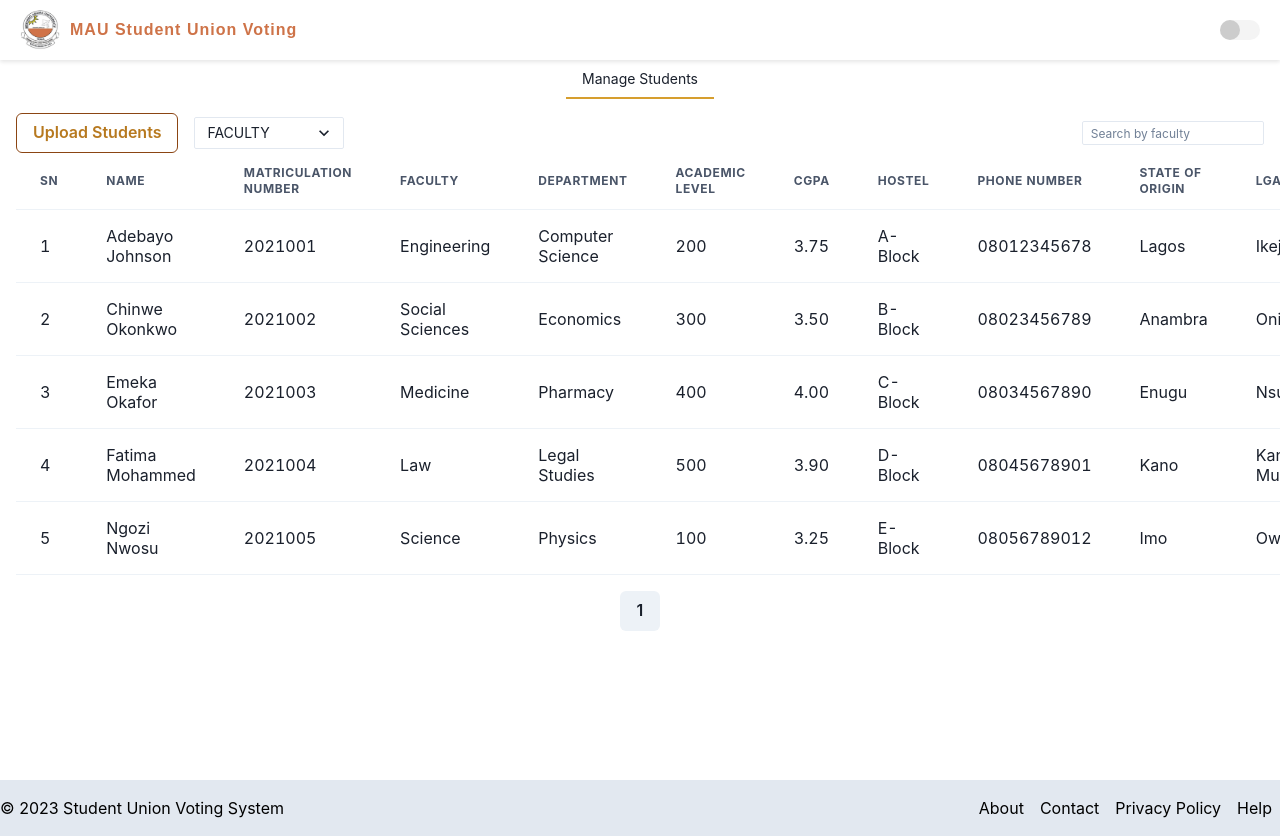
Repository: joena1o/e-vote
Page: /admin-dashboard/student-management
An editor plug-in stored every save of this project. The page is shown before and after the next save, followed by the edit.
The browser window is 1280 px wide. The pictures show the whole page.
The project was rebuilt for these pictures with package versions that can differ from the ones it lists, and the page was loaded fresh each time. Also part of the build but not shown: src/components/EnhancedLogin.js, src/components/BottomNav.js, src/api/index.js, src/components/maincontent/home/Home.styles.js, src/components/maincontent/home/Home.js, src/components/maincontent/RegisterStudents/RegisterStudents.js, src/components/maincontent/ElectionResults/ViewResults.js, src/components/maincontent/ElectionResults/report.js and 22 more.

Above is the page before, as saved 2023-12-15 06:25:57.

### src/index.js
import React from 'react';
import ReactDOM from 'react-dom/client';
import './index.css';
import App from './App';
import reportWebVitals from './reportWebVitals';
import Modal from 'react-modal';

// Set the app element for the modal for accessibility purposes
Modal.setAppElement('#root');

const root = ReactDOM.createRoot(document.getElementById('root'));
root.render(
  <React.StrictMode>
    <App />
  </React.StrictMode>
);

// If you want to start measuring performance in your app, pass a function
// to log results (for example: reportWebVitals(console.log))
// or send to an analytics endpoint. Learn more: https://bit.ly/CRA-vitals
reportWebVitals();

### src/App.js
import React from 'react';
import { BrowserRouter as Router, Routes, Route, Navigate } from 'react-router-dom';
import EnhancedLogin from './components/EnhancedLogin';
import AdminDashboard from './components/AdminDashboard';
import StudentDashboard from './components/StudentDashboard';
import { ChakraProvider, ColorModeProvider, Button, useColorMode } from '@chakra-ui/react';
import { Provider } from 'react-redux';
import store from './Redux/store';
import ElectionCommitteeDashboard from './components/maincontent/ElectionCommitteeDashboard';


// Component to toggle dark mode
function DarkModeToggle() {
  const { colorMode, toggleColorMode } = useColorMode();
  return (
    <Button onClick={toggleColorMode} position="fixed" m={4} zIndex={10}>
      Toggle {colorMode === 'light' ? 'Dark' : 'Light'}
    </Button>
  );
}

function App() {
  // Check if the current route is not the "/login" route, then render the DarkModeToggle
  // const isLoginPage = window.location.pathname === '/login';

  return (
    <Provider store={store}>
      <ChakraProvider>
        <ColorModeProvider options={{ useSystemColorMode: true }}>
          <Router>
            <Routes>
              {/* Define your routes */}
              <Route path="/login" element={<EnhancedLogin />} />
              <Route path="/admin-dashboard/*" element={<AdminDashboard />} />
              <Route path="/ElectionCommittee-dashboard/*" element={<ElectionCommitteeDashboard />} />
              <Route path='/student-dashboard/*' element={<StudentDashboard />} />
              {/* Redirect root to /admin-dashboard */}
              <Route path="/" element={<Navigate to="/admin-dashboard" replace />} />
            </Routes>
          </Router>
          {/* Render DarkModeToggle only if not on the "/login" page */}
          {/* {!isLoginPage && <DarkModeToggle />} */}
        </ColorModeProvider>
      </ChakraProvider>
    </Provider>
  );
}

export default App;

### src/components/AdminDashboard.js
// AdminDashboard.js
import React from 'react';
import { Routes, Route, Navigate } from 'react-router-dom';
import styled from 'styled-components';
import Sidebar from './Sidebar';
import Navbar from './Navbar';
import Footer from './Footer';
import BottomNav from './BottomNav';
import Home from './maincontent/home/Home';
import StudentManagement from './maincontent/RegisterStudents/StudentManagement';
import ViewResults from './maincontent/ElectionResults/ViewElectionResults';
import Settings from './maincontent/Settings/Settings';
import ManageAdmin from './maincontent/ManageAdmins/ManageAdmins';
import ManageElections from './maincontent/ManageElections/ManageElections';
import ElectionVotesLog from './maincontent/ElectionResults/report';

// Define styled components
const Container = styled.div`
  display: flex;
  flex-direction: column;
  min-height: 100vh;
`;

const Content = styled.div`
  display: flex;
  flex: 1;
  overflow-y: auto; /* Allow content to scroll */
  @media (max-width: 768px) {
    flex-direction: column;
  }
`;

const BottomNavContainer = styled.div`
  position: fixed;
  bottom: 0;
  width: 100%;
  z-index: 1000;
`;

const AdminDashboardContainer = styled.div`
  @media (max-width: 768px) {
    position: relative;
  }
`;

const AdminDashboard = () => {
  const isSmallScreen = window.innerWidth <= 768;

  return (
    <AdminDashboardContainer>
      <Container>
        {!isSmallScreen && <Navbar />}
        <Content>
          <Routes>
            <Route index element={<Navigate to="/home" replace />} />
            <Route path="home" element={<Home />} />
            <Route path="student-management" element={<StudentManagement />} />
            <Route path="view-results" element={<ViewResults />} />
            <Route path="settings" element={<Settings />} />
            <Route path="manage-admin" element={<ManageAdmin />} />
            <Route path="manage-elections" element={<ManageElections />} />
            <Route path="election-Results" element={<ElectionVotesLog />} />
          </Routes>
          {isSmallScreen && <Sidebar />}
        </Content>
        {isSmallScreen && (
          <BottomNavContainer>
            <BottomNav />
          </BottomNavContainer>
        )}
        {!isSmallScreen && <Footer />}
      </Container>
    </AdminDashboardContainer>
  );
};

export default AdminDashboard;

### src/Redux/store.js
import { configureStore } from '@reduxjs/toolkit';
import electionReducer from './electionSlice';
import studentsReducer from './studentsSlice';
import candidatesReducer from './CandidateSlice'; // Import the candidates reducer

const store = configureStore({
  reducer: {
    elections: electionReducer,
    students: studentsReducer,
    candidates: candidatesReducer, // Add the candidates reducer here
  },
});

export default store;

### src/components/Navbar.js
import React from 'react';
import styled, { createGlobalStyle } from 'styled-components';
import logo from '../assets/school_logo.jpg';
import { useColorMode } from '@chakra-ui/react';

const GlobalStyle = createGlobalStyle`
  body {
    background-color: ${props => (props.theme === 'dark' ? '#333' : '#fff')};
    color: ${props => (props.theme === 'dark' ? '#fff' : '#000')}; // Set other component texts to black in light mode
  }
`;

const Header = styled.header`
  background: ${props => (props.theme === 'dark' ? '#333' : '#fff')};
  color: ${props => (props.theme === 'dark' ? '#fff' : '#ce7348')}; // Set navbar text to brown in light mode
  padding: 10px 20px;
  display: flex;
  align-items: center;
  justify-content: flex-start;
  box-shadow: 0px 2px 4px rgba(0, 0, 0, 0.1);
  font-family: 'Poppins', sans-serif;
`;


const Logo = styled.img`
  width: 40px;
  height: 40px;
  border-radius: 20px;
  margin-right: 10px;
`;

const Title = styled.h1`
  margin: 0;
  padding: 0;
  font-size: 1rem;
  font-weight: 600;
  letter-spacing: 1px;
`;

const ToggleSlider = styled.label`
  display: flex;
  align-items: center;
  cursor: pointer;
  margin-left: auto;
`;

const SliderInput = styled.input.attrs({ type: 'checkbox' })`
  display: none;
`;

const Slider = styled.div`
  width: 40px;
  height: 20px;
  background-color: ${props => (props.theme === 'dark' ? '#333' : '#f4f4f4')};
  border-radius: 20px;
  position: relative;
  transition: background-color 0.3s ease;
  cursor: pointer;

  &::after {
    content: '';
    width: 20px;
    height: 20px;
    border-radius: 50%;
    background-color: ${props => (props.theme === 'dark' ? '#fff' : '#ccc')};
    position: absolute;
    top: 50%;
    transform: translateY(-50%);
    left: ${props => (props.theme === 'dark' ? '20px' : '0')};
    transition: left 0.3s ease;
  }
`;

function Navbar() {
  const { colorMode, toggleColorMode } = useColorMode();

  return (
    <>
      <GlobalStyle theme={colorMode} />
      <Header theme={colorMode}>
        <Logo src={logo} alt="University Logo" />
        <Title>MAU Student Union Voting</Title>
        <ToggleSlider>
          <SliderInput type="checkbox" onChange={toggleColorMode} />
          <Slider theme={colorMode} />
        </ToggleSlider>
      </Header>
    </>
  );
}

export default Navbar;

### src/components/Footer.js
import React from 'react';
import { Box, Flex, Text, Link } from '@chakra-ui/react';

const Footer = ({ colorMode }) => {
  const handleDownloadDocumentation = () => {

    const pdfUrl = '/path/to/your/documentation.pdf';

    //  anchor element that triggers  download
    const link = document.createElement('a');
    link.href = pdfUrl;
    link.download = 'documentation.pdf';
    link.click();
  };

    return (
      <Box as="footer" mt="auto" py={4} bg={colorMode === 'dark' ? 'gray.800' : 'gray.200'} color={colorMode === 'dark' ? 'white' : 'black'}>
        <Flex justify="space-between" align="center">
          <Text>&copy; 2023 Student Union Voting System</Text>
          <Flex>
            <Link mx={2} href="#about">
              About
            </Link>
            <Link mx={2} href="#contact">
              Contact
            </Link>
            <Link mx={2} href="#privacy">
              Privacy Policy
            </Link>
            <Link mx={2} onClick={handleDownloadDocumentation}>
              Help
            </Link>
          </Flex>
        </Flex>
      </Box>
    );
  };

  export default Footer;

### src/components/maincontent/RegisterStudents/StudentManagement.js
import React, { useState } from 'react';
import { Tabs, TabList, TabPanels, Tab, TabPanel, Box, Flex, Heading } from '@chakra-ui/react';
import ManageStudents from './ManageStudents';
import RegisterStudents from './RegisterStudents';

const StudentManagement = () => {
  const [activeTab, setActiveTab] = useState(0);

  const handleTabChange = (index) => {
    setActiveTab(index);
  };

  return (
    <Flex direction="column" align="center" w="100%" h="100vh"> {/* Set height to 100vh for full screen */}

      <Box w="100%" maxW="100%">
        <Tabs index={activeTab} onChange={handleTabChange} isLazy>
          <TabList display="flex" justifyContent="center" mx="auto" borderBottom="none">
            <Tab fontSize="sm" px={4} py={2} _selected={{ borderBottom: '2px solid', borderColor: 'yellow.500' }}>
              Manage Students
            </Tab>

          </TabList>
          <TabPanels>
            <TabPanel>
              <ManageStudents />
            </TabPanel>

          </TabPanels>
        </Tabs>
      </Box>
    </Flex>
  );
};

export default StudentManagement;

### src/Redux/electionSlice.js
/*import { createSlice, createAsyncThunk } from '@reduxjs/toolkit';
import { API, graphqlOperation } from 'aws-amplify';
import { createElection as createElectionAPI } from '../graphql/mutations';

export const createElection = createAsyncThunk(
  'elections/createElection',
  async (election, { rejectWithValue }) => {
    try {
      const result = await API.graphql(graphqlOperation(createElectionAPI, { input: election }));
      return result.data.createElection;
    } catch (error) {
      return rejectWithValue(error);
    }
  }
);

const electionSlice = createSlice({
  name: 'elections',
  initialState: [],
  reducers: {},
  extraReducers: (builder) => {
    builder.addCase(createElection.fulfilled, (state, action) => {
      state.push(action.payload);
    });
  },
});

export default electionSlice.reducer;
*/

### src/Redux/studentsSlice.js
import { createSlice } from '@reduxjs/toolkit';

export const studentsSlice = createSlice({
  name: 'students',
  initialState: [],
  reducers: {
    addStudents: (state, action) => {
      // Add students to the Redux store
      action.payload.forEach(student => {
        state.push(student);
      });
    },
  },
});

export const { addStudents } = studentsSlice.actions;

export default studentsSlice.reducer;

### src/Redux/CandidateSlice.js

import { createSlice } from '@reduxjs/toolkit';

export const candidatesSlice = createSlice({
  name: 'candidates',
  initialState: [],
  reducers: {
    setCandidates: (state, action) => {
      return action.payload;
    },
  },
});

export const { setCandidates } = candidatesSlice.actions;
export default candidatesSlice.reducer;

### src/components/Sidebar.js
import React from 'react';
import styled from 'styled-components';
import { Link } from 'react-router-dom';
import { FiHome, FiUser, FiUsers, FiFileText, FiSettings, FiLogOut, FiPieChart } from 'react-icons/fi';
import { useColorMode } from '@chakra-ui/react';

const SidebarContainer = styled.nav`
  background: ${props => (props.theme === 'dark' ? '#333' : 'linear-gradient(to right, #ce7348, #9a552e)')};
  padding: 15px;
  height: 100vh;
  color: #fff;
  box-shadow: rgba(50, 50, 93, 0.25) 0px 50px 100px -20px, rgba(0, 0, 0, 0.3) 0px 30px 60px -30px;
  display: flex;
  flex-direction: column;
`;

const LinkList = styled.ul`
  list-style-type: none;
  padding: 0;
  flex: 1;
`;

const StyledLink = styled(Link)`
  text-decoration: none;
  color: #fff;
  display: flex;
  flex-direction: column;
  align-items: center;
  transition: color 0.3s ease;
  margin-bottom: 15px;
  cursor: pointer;
  font-size: 0.5rem;

  &:hover {
    color: #fce364;
  }

  width: 80px;
  text-align: center;
  word-wrap: break-word;
  overflow-wrap: break-word;

  @media (max-width: 768px) {
    font-size: 0.4rem;
  }

  @media (max-width: 480px) {
    font-size: 0.3rem;
  }
`;

const LinkItem = styled.li`
  display: flex;
  align-items: center;
  margin-top: 20px;
`;

const Icon = styled.div`
  font-size: 2rem;
  color: #fff;

  @media (max-width: 768px) {
    font-size: 0.9rem;
  }

  @media (max-width: 480px) {
    font-size: 0.8rem;
  }

  margin-bottom: 5px;

  ${StyledLink}:hover & {
    color: #fce364;  // Change icon color when the link is hovered
  }
`;

function Sidebar() {
  const { colorMode } = useColorMode();

  return (
    <SidebarContainer theme={colorMode}>
      <LinkList>
        <LinkItem>
          <StyledLink to="/admin-dashboard">
            <Icon><FiHome /></Icon>
            Home
          </StyledLink>
        </LinkItem>
        <LinkItem>
          <StyledLink to="/admin-dashboard/manage-admin">
            <Icon><FiUser /></Icon>
            Manage Admins
          </StyledLink>
        </LinkItem>
        <LinkItem>
          <StyledLink to="/admin-dashboard/student-management">
            <Icon><FiUsers /></Icon>
            Student Management
          </StyledLink>
        </LinkItem>
        <LinkItem>
          <StyledLink to="/admin-dashboard/manage-elections">
            <Icon><FiFileText /></Icon>
            Manage Elections
          </StyledLink>
        </LinkItem>
        <LinkItem>
          <StyledLink to="/admin-dashboard/view-results">
            <Icon><FiPieChart /></Icon>
            View Results
          </StyledLink>
        </LinkItem>
        <LinkItem>
          <StyledLink to="/admin-dashboard/settings">
            <Icon><FiSettings /></Icon>
            Settings
          </StyledLink>
        </LinkItem>
        <LinkItem>
          <StyledLink to="/logout">
            <Icon><FiLogOut /></Icon>
            Logout
          </StyledLink>
        </LinkItem>
      </LinkList>
    </SidebarContainer>
  );
}

export default Sidebar;

Loaded but not shown: public/index.html (common file); src/index.css (common file); src/reportWebVitals.js (common file); src/components/maincontent/RegisterStudents/ManageStudents.js (351 lines, source omitted)

After the next save:
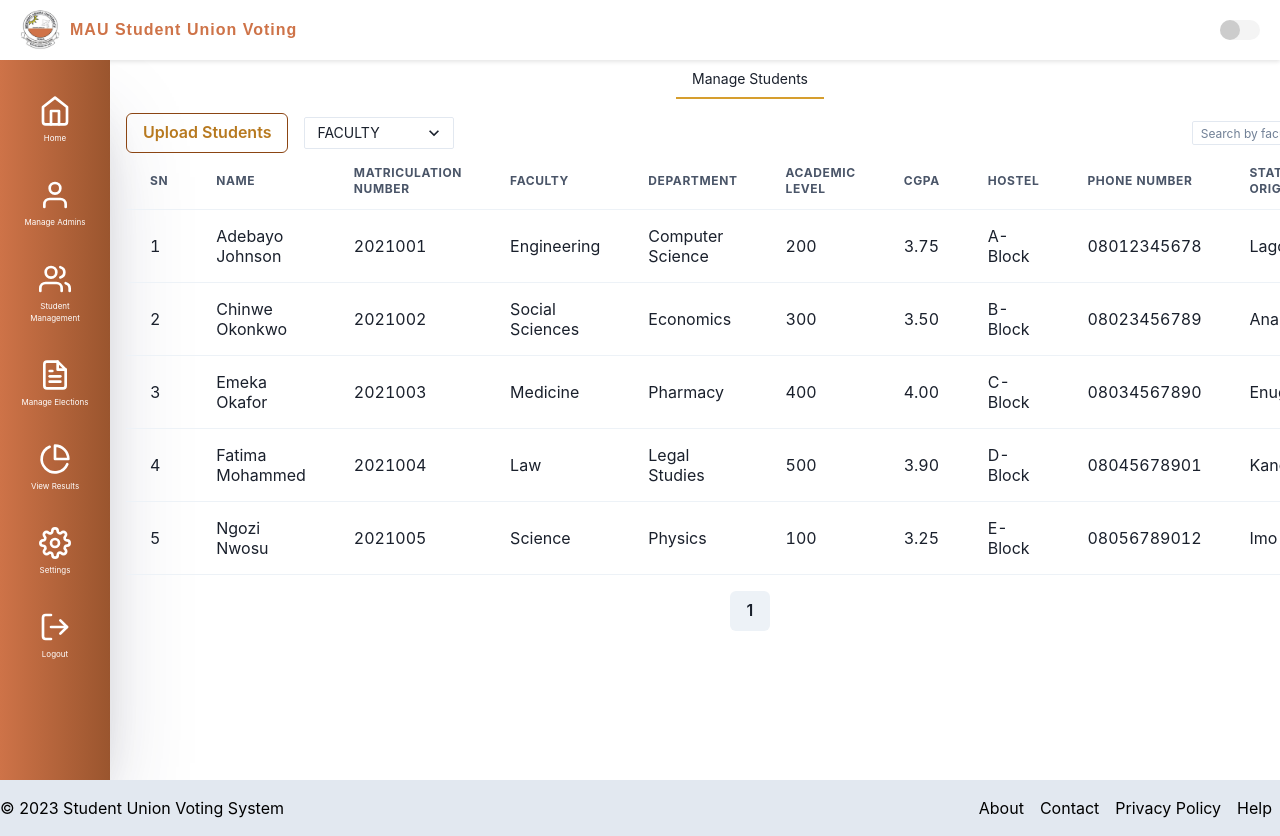
Saved 115 s later.
--- a/src/components/AdminDashboard.js
+++ b/src/components/AdminDashboard.js
@@ -30,6 +30,12 @@ const Content = styled.div`
   }
 `;
 
+const SidebarContainer = styled.div`
+  @media (min-width: 769px) {
+    width: 20%; /* Set the width of the sidebar for desktop view */
+  }
+`;
+
 const BottomNavContainer = styled.div`
   position: fixed;
   bottom: 0;
@@ -51,6 +57,7 @@ const AdminDashboard = () => {
       <Container>
         {!isSmallScreen && <Navbar />}
         <Content>
+          {!isSmallScreen && <SidebarContainer><Sidebar /></SidebarContainer>}
           <Routes>
             <Route index element={<Navigate to="/home" replace />} />
             <Route path="home" element={<Home />} />
@@ -61,7 +68,6 @@ const AdminDashboard = () => {
             <Route path="manage-elections" element={<ManageElections />} />
             <Route path="election-Results" element={<ElectionVotesLog />} />
           </Routes>
-          {isSmallScreen && <Sidebar />}
         </Content>
         {isSmallScreen && (
           <BottomNavContainer>
